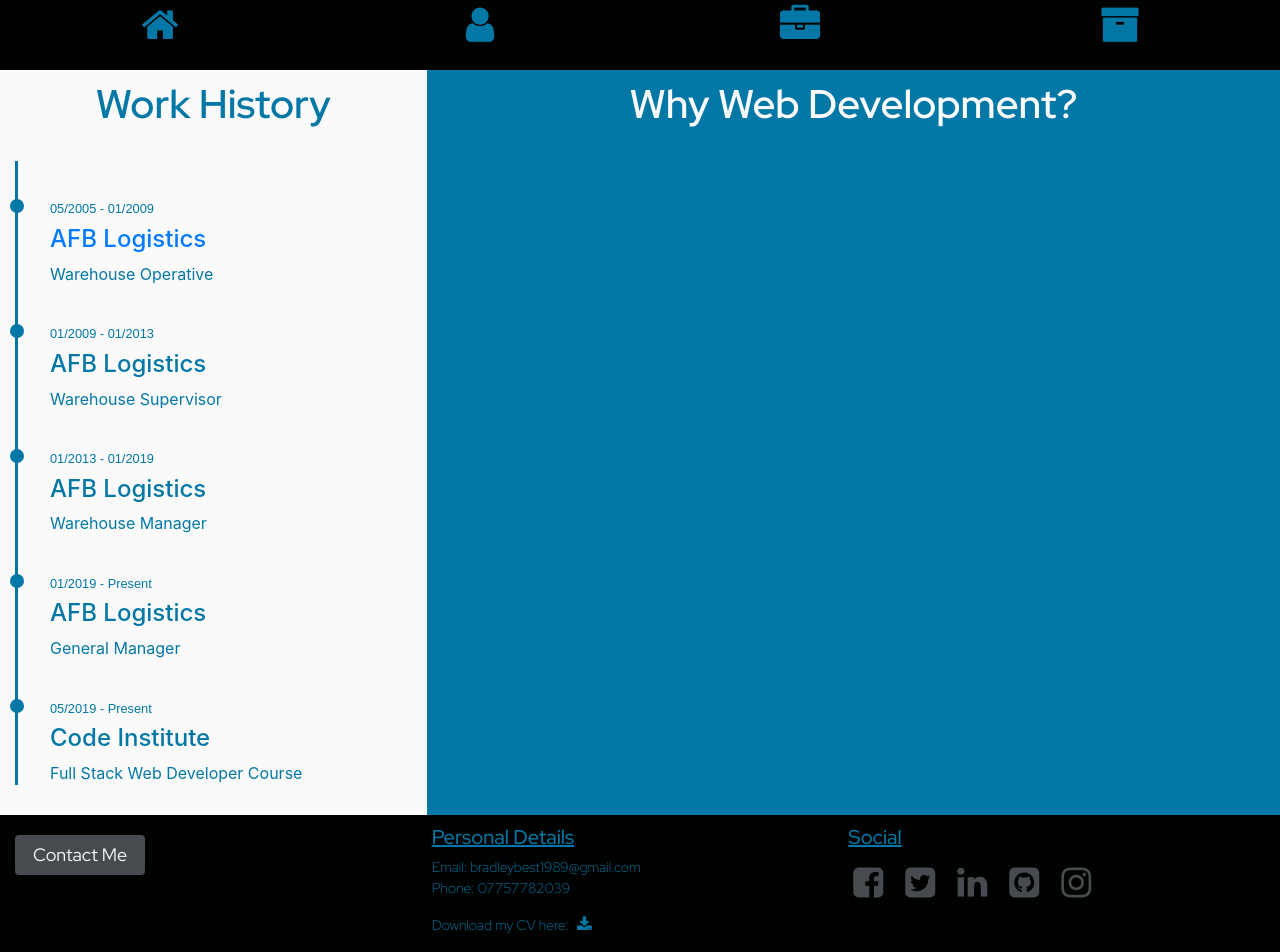
Repository: Brad000/Resume-project
Page: work-history.html
The author's editor kept a record of every edit. The page is drawn from the files as they stood at one moment, then again after the next edit.
The browser window is 1280 px wide. The pictures show the whole page.

Above is the page before.

After the next edit:
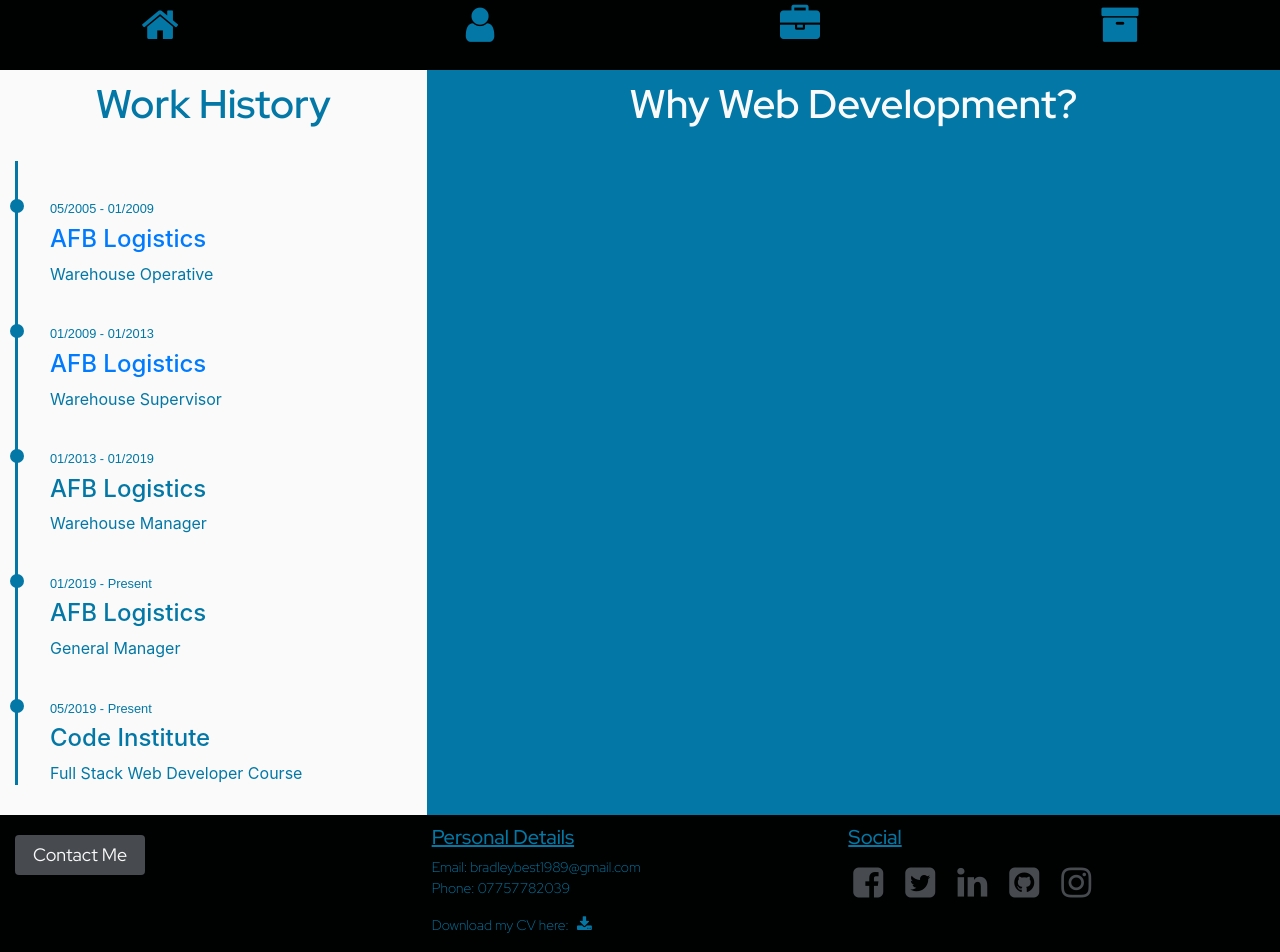
The edit:
--- a/work-history.html
+++ b/work-history.html
@@ -55,7 +55,7 @@
                     <p>Warehouse Operative</p>
                 </div>
                 <div class="timeline-item" data-dates="01/2009 - 01/2013">
-                    <h4>AFB Logistics</h4>
+                    <h4><a href="https://www.google.com/maps/place/AFB+Logistics+LTD./@53.5464526,-2.5892585,15z/data=!4m5!3m4!1s0x0:0x63afc0519c773d45!8m2!3d53.5464526!4d-2.5892585" target="_blank">AFB Logistics</a></h4>
                     <p>Warehouse Supervisor</p>
                 </div>
                 <div class="timeline-item" data-dates="01/2013 - 01/2019">
